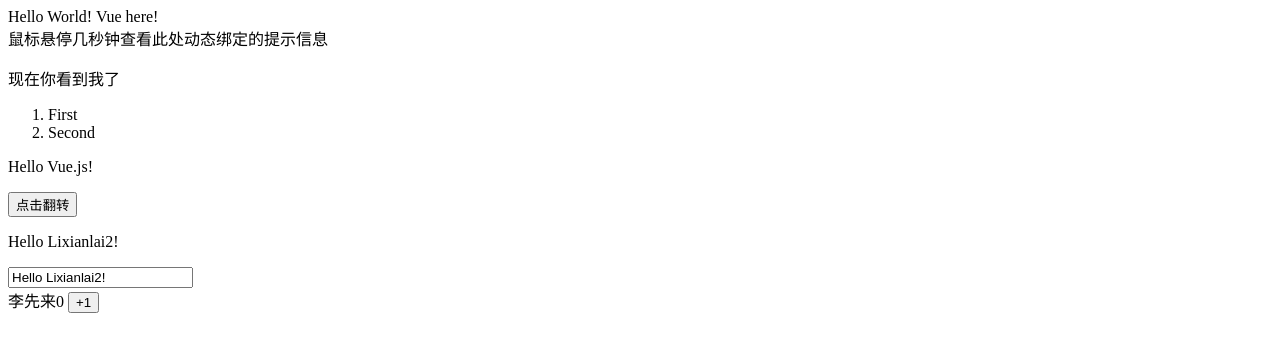
Repository: Lixianlai-2/The-journey-of-learning-Vue
Page: index.html
These files come from the project's save history. The page is drawn as it stood at one moment and after a run of saves; the edit follows.
The browser window is 1280 px wide. The pictures show the whole page.

Above is the page before, as saved 2022-04-04 14:28:12.

### index.html
<!DOCTYPE html>
<html lang="en">
  <head>
    <meta charset="UTF-8" />
    <meta http-equiv="X-UA-Compatible" content="IE=edge" />
    <meta name="viewport" content="width=device-width, initial-scale=1.0" />
    <title>Vue-demo1</title>
  </head>
  <body>
    <div id="app">{{ message }}</div>

    <div id="app-2">
      <!-- 表示是Vue提供的特殊attribute -->
      <span v-bind:title="mes"> 鼠标悬停几秒钟查看此处动态绑定的提示信息 </span>
    </div>

    <!-- 注意这里是用的id -->
    <div id="app-3">
      <p v-if="seen">现在你看到我了</p>
    </div>

    <div id="app-4">
      <ol>
        <li v-for="todo in todos">{{todo.text}}</li>
      </ol>
    </div>

    <div id="app-5">
      <p>{{message}}</p>
      <button v-on:click="reverseMessage">点击翻转</button>
    </div>

    <div id="app-6">
      <p>{{message}}</p>
      <input v-model="message" />
    </div>

    <div id="app-7"></div>

    <script src="https://cdn.jsdelivr.net/npm/vue@2/dist/vue.js"></script>
    <script src="./起步.js"></script>
  </body>
</html>

### 起步.js
// 关不提示
Vue.config.productionTip = false;

// 声明式渲染
var app = new Vue({
  el: "#app",
  data: {
    message: "Hello World! Vue here!",
  },
});

var app2 = new Vue({
  el: "#app-2",
  data: {
    mes: "页面加载于" + new Date().toLocaleString(),
  },
});

var app3 = new Vue({
  // 注意html中是用的id，不是用的class
  el: "#app-3",
  data: {
    seen: true,
  },
});

var app4 = new Vue({
  el: "#app-4",
  data: {
    todos: [{ text: "First" }, { text: "Second" }],
  },
});

var app5 = new Vue({
  el: "#app-5",
  data: {
    message: "Hello Vue.js!",
  },
  //   注意这里是methods，有个s，就因为这个s我查了很久啊
  methods: {
    reverseMessage() {
      console.log(this);
      console.log(this.message);
      this.message = this.message.split("").reverse().join("");
    },
  },
});

// 处理用户输入
var app6 = new Vue({
  el: "#app-6",
  data: {
    message: "Hello Lixianlai2!",
  },
});

// // 7.
new Vue({
  data: {
    n: 0,
  },
  template: `<div id="app-7">
  李先来{{n}}
  <button @click="add">+1</button>
</div>`,
  methods: {
    add() {
      this.n += 1;
    },
  },
}).$mount("#app-7");

// 组件化应用构建

After the next 3 saves:
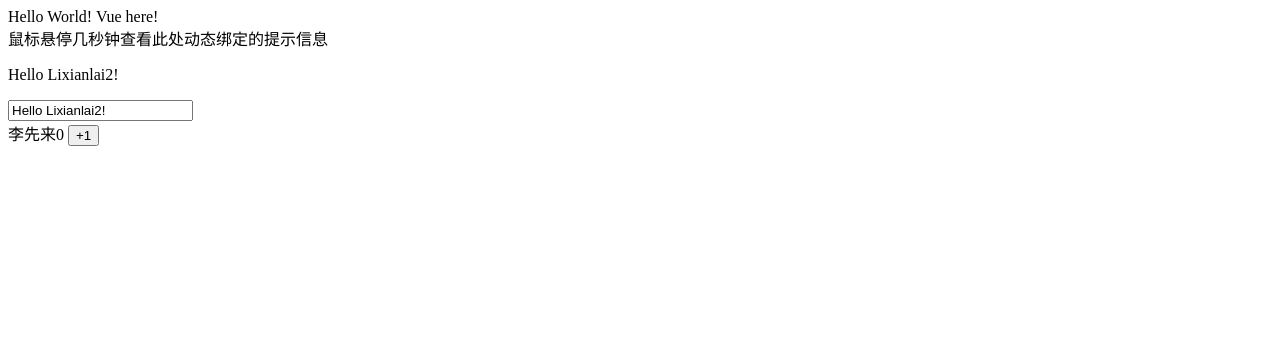
The 3 saves are shown as one change because they came seconds apart.
The last was saved 9 s later.
--- a/index.html
+++ b/index.html
@@ -15,20 +15,20 @@
     </div>
 
     <!-- 注意这里是用的id -->
-    <div id="app-3">
+    <!-- <div id="app-3">
       <p v-if="seen">现在你看到我了</p>
-    </div>
+    </div> -->
 
-    <div id="app-4">
+    <!-- <div id="app-4">
       <ol>
         <li v-for="todo in todos">{{todo.text}}</li>
       </ol>
-    </div>
+    </div> -->
 
-    <div id="app-5">
+    <!-- <div id="app-5">
       <p>{{message}}</p>
       <button v-on:click="reverseMessage">点击翻转</button>
-    </div>
+    </div> -->
 
     <div id="app-6">
       <p>{{message}}</p>
